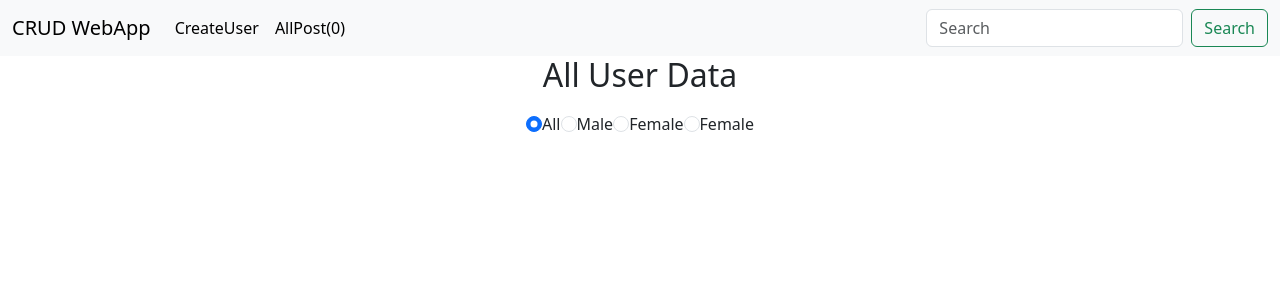
Repository: suraj-yadav7/createpost-redux
Page: /read
An editor plug-in stored every save of this project. The page is shown before and after the next save, followed by the edit.
The browser window is 1280 px wide. The pictures show the whole page.
The page's requests for data from a server got no answer. The project was rebuilt for these pictures with package versions that can differ from the ones it lists, and the page was loaded fresh each time. No one was signed in, and anything a server would have sent is missing. Also part of the build but not shown: vite.config.js, src/App.css, src/assets/viewuser.css, src/components/ViewUser.jsx, src/components/UpdateUser.jsx, src/components/CreateData.jsx, src/index.css.

Above is the page before, as saved 2023-05-24 23:33:08.

### index.html
<!DOCTYPE html>
<html lang="en">
  <head>
    <meta charset="UTF-8" />
    <link rel="icon" type="image/svg+xml" href="/vite.svg" />
    <meta name="viewport" content="width=device-width, initial-scale=1.0" />
    <link href="https://cdn.jsdelivr.net/npm/bootstrap@5.3.0-alpha3/dist/css/bootstrap.min.css" rel="stylesheet" integrity="sha384-KK94CHFLLe+nY2dmCWGMq91rCGa5gtU4mk92HdvYe+M/SXH301p5ILy+dN9+nJOZ" crossorigin="anonymous">
    <title>CRUD WebApp</title>
  </head>
  <body>
    <div id="root"></div>
    <script type="module" src="/src/main.jsx"></script>
    <script src="https://cdn.jsdelivr.net/npm/bootstrap@5.3.0-alpha3/dist/js/bootstrap.bundle.min.js" integrity="sha384-ENjdO4Dr2bkBIFxQpeoTz1HIcje39Wm4jDKdf19U8gI4ddQ3GYNS7NTKfAdVQSZe" crossorigin="anonymous"></script>
  </body>
</html>
  </body>
</html>

### src/main.jsx
import React from 'react'
import ReactDOM from 'react-dom/client'
import App from './App.jsx'
import './index.css'
import { Provider } from 'react-redux'
import store from "./store/store.jsx"

ReactDOM.createRoot(document.getElementById('root')).render(
  <Provider store={store}>
    <App />
  </Provider>
)

### src/App.jsx
import React, { useState } from 'react'
import './App.css'
import Navbar from './components/Navbar'
import Read from './components/Read'
import UpdateUser from "./components/UpdateUser"
import { BrowserRouter as Router,Routes,Route } from 'react-router-dom'
import CreateData from './components/CreateData.jsx'

function App() {

  return (
    <>
    <Router>
    <Navbar />
    <Routes>
    <Route exact path="/" element={<CreateData />} />
    <Route exact path="/read" element={<Read />} />
    <Route exact path="/edit/:id" element={<UpdateUser />} />
    </Routes>
    </Router>
    </>
  )
}

export default App

### src/store/store.jsx
import { configureStore } from "@reduxjs/toolkit";
import userDetail from "./slice/userDetail"

const store = configureStore({
    reducer:{
        users:userDetail
    }
})

export default store;

### src/components/Navbar.jsx
import React, { useEffect, useState } from 'react'
import { useSelector } from 'react-redux'
import { Link } from 'react-router-dom'
import { useDispatch } from 'react-redux'
import {searchUser} from  '../store/slice/userDetail'

const Navbar = () => {
  const allusers = useSelector((state)=>state.users.user)
  const [searchVal, setSearchVal] = useState("")
  const dispatch = useDispatch()
  console.log("The search val", searchVal)
  useEffect(()=>{
    dispatch(searchUser(searchVal))

  },[searchVal])
  return (
    <>
      <nav className="navbar navbar-expand-lg bg-body-tertiary">
        <div className="container-fluid">
          <Link to="/" className="navbar-brand" >CRUD WebApp</Link>
          <button className="navbar-toggler" type="button" data-bs-toggle="collapse" data-bs-target="#navbarSupportedContent" aria-controls="navbarSupportedContent" aria-expanded="false" aria-label="Toggle navigation">
            <span className="navbar-toggler-icon"></span>
          </button>
          <div className="collapse navbar-collapse" id="navbarSupportedContent">
            <ul className="navbar-nav me-auto mb-2 mb-lg-0">
              <li className="nav-item">
                <Link to="/" className="nav-link active" aria-current="page" >CreateUser</Link>
              </li>
              <li className="nav-item">
                <Link to="/read" className="nav-link active" >AllPost({allusers.length})</Link>
              </li>
            </ul>
            <form className="d-flex" role="search">
              <input className="form-control me-2" type="search" onChange={(e)=>setSearchVal(e.target.value)} placeholder="Search" aria-label="Search" />
              <button className="btn btn-outline-success" type="submit">Search</button>
            </form>
          </div>
        </div>
      </nav>
    </>
  )
}

export default Navbar

### src/components/Read.jsx
import React, { useEffect, useState } from 'react'
import { showUser,deleteUser,favouriteUser } from '../store/slice/userDetail';
import { useSelector, useDispatch  } from 'react-redux';
import ViewUser from './ViewUser';
import UpdateUser  from "./UpdateUser"
import { Link, Navigate } from 'react-router-dom';

const Read = () => {
    // view state
    const [id, setId] = useState()
    const [showPop, setShowPop] = useState(false)

    // update state
    const [upId, setUpId]  = useState()

    // radio button
    const [genderData, setGenderData] = useState('all')


    const userData = useSelector((state)=>state.users.user)
    const searchData =useSelector((state)=> state.users.searchValue)
    const favData =useSelector((state)=> state.users.favoriteData)
    const dispatch = useDispatch()


    useEffect(()=>{
        dispatch(showUser())
    },[])

    return (
        <>
       { showPop && <ViewUser id={id}  setShow={setShowPop}/> }
        <div >
        <h2 style={{textAlign:"center"}}>All User Data</h2>
        <div className='genderRadio' style={{textAlign:"center",padding:"10px"}}>
        <input className='form-check-input' name="gender" value="all" onChange={(e)=>setGenderData(e.target.value)} type='radio' checked={ genderData === "all"}/>
        <lable className="form-check-label">All</lable>
        <input className='form-check-input' name="gender" value="male" onChange={(e)=>setGenderData(e.target.value)} type='radio' checked={genderData==="male"}/>
        <lable className="form-check-label">Male</lable>
        <input className='form-check-input' name="gender" value="female" onChange={(e)=>setGenderData(e.target.value)} type='radio' checked={genderData==="female"}/>
        <lable className="form-check-label">Female</lable>
        <input className='form-check-input' name="favourite" value="userFav" onChange={(e)=>setGenderData(e.target.value)} type='radio' checked={genderData==="userFav"}/>
        <lable className="form-check-label">Female</lable>
        </div>
        {
             userData && userData.filter((elem)=> {
                if(searchData.length===0){
                    return elem
                }
                else{
                    return elem.name.toLowerCase().includes(searchData.toLowerCase())
                }
             }) && userData.filter((elem)=>{
                if(genderData === "male"){
                    return elem.gender === genderData
                }
                if(genderData === "female"){
                    return elem.gender === genderData
                }
                else{
                    return elem
                }
             }).map((data)=>(
                <div className="card w-50 mx-auto" key={data.id} >
                <div className="card-body">
                    <h6 className="card-title">User Details</h6>

                    <h6 className="card-subtitle mb-2 text-body-secondary">Name: {data.name}</h6>
                    <p className="card-text">Email : {data.email}</p>
                    <p className="card-text">Age : {data.age}</p>
                    <p className="card-text">Gender : {data.gender}</p>
                    <button  className="card-link"  onClick={()=>{setShowPop(true), setId(data.id)}}>View</button>
                    <button  className="card-link"  ><Link to={`/edit/${data.id}`}>Edit</Link></button>
                    <button  className="card-link"  onClick={()=>dispatch(deleteUser(data.id))}>Delete</button>
                    <button className='card-link' onClick={()=> dispatch(favouriteUser(data))} >favourite</button>
                </div>
                </div>
               ))
        }

        </div>

        </>
    )
};

export default Read;

### src/store/slice/userDetail.jsx
import { createSlice, createAsyncThunk } from "@reduxjs/toolkit";

// Creating a user
export const createUser = createAsyncThunk("createUser", async(data, {rejectWithValue})=>{
    let response = await fetch("https://646273424dca1a661346b571.mockapi.io/crud",{
    method:"POST",
    headers:{
        "content-type":"application/json"
    },
    body:JSON.stringify(data)
                })

    try{
        let apiData = await response.json()
        console.log("The dat in createuser", apiData)
        return apiData
    }
    catch(error){
        rejectWithValue(error)
    }
} )

// reading user data in allUser page
export const showUser = createAsyncThunk("showUser", async(arg,{rejectWithValue})=>{
    let response = await fetch("https://646273424dca1a661346b571.mockapi.io/crud")
    try{
        let apiData = await response.json()
        // console.log("the fetched", apiData)
        return apiData
    }
    catch(error){
        rejectWithValue(error)
    }
})

// Deleting user from database
export const deleteUser = createAsyncThunk("deleteUser", async(id,{rejectWithValue})=>{
    let response = await fetch(`https://646273424dca1a661346b571.mockapi.io/crud/${id}`,{
        method:"DELETE"
    })
    try{
        let apiData = await response.json()
        // console.log("the fetched", apiData)
        return apiData
    }
    catch(error){
        rejectWithValue(error)
    }
})

// Handling update user-data
export const updateUser = createAsyncThunk("editUser", async(data,{rejectWithValue})=>{
    let response = await fetch(`https://646273424dca1a661346b571.mockapi.io/crud/${data.id}`,{
        method:"PUT",
        headers:{
            "content-type":"application/json"
        },
        body:JSON.stringify(data)
                    })
    try{
        let apiData = await response.json()
        // console.log("the fetched", apiData)
        return apiData
    }
    catch(error){
        rejectWithValue(error)
    }
})

const userDetail= createSlice({
    name:"userDetail",
    initialState:{
        user:[],
        loading:false,
        error:null,
        searchValue:"",
        genderValue:"",
        favouriteData:[]
    },
    reducers:{
        searchUser(state,action){
            state.searchValue=action.payload
        },

        genderShow(state,action){
            state.genderValue=action.payload
        },

        favouriteUser(state,action){
            state.favouriteData.push(action.payload)
        }
    },


    extraReducers:{
        // handling create new user
        [createUser.pending]:(state)=>{
            state.loading=true
        },
        [createUser.fulfilled]:(state,action)=>{
            state.user.push(action.payload)
        },
        [createUser.rejected]:(state,action)=>{
            state.error=action.payload.message
        },
        // handling show user
        [showUser.pending]:(state)=>{
            state.loading=true
        },
        [showUser.fulfilled]:(state,action)=>{
            state.user= action.payload

        },
        [showUser.rejected]:(state,action)=>{
            state.error=action.payload
        },
        // handling delete existing user
        [deleteUser.pending]:(state)=>{
            state.loading=true
        },
        [deleteUser.fulfilled]:(state,action)=>{
            const {id} = action.payload
            if(id){
                state.user=state.user.filter((elem)=>elem.id !== id)
            }

        },
        [deleteUser.rejected]:(state,action)=>{
            state.error=action.payload
        },

        // Handling edit user data
        [updateUser.pending]:(state)=>{
            state.loading=true
        },
        [updateUser.fulfilled]:(state,action)=>{
            if(action.payload.id){
               state.user= state.user.map((elem)=>(
                elem.id === action.payload.id ? action.payload : elem))
            }

        },
        [updateUser.rejected]:(state,action)=>{
            state.error=action.payload
        },
    }

})

export default userDetail.reducer
export const {searchUser,genderShow,favouriteUser} = userDetail.actions

After the next save:
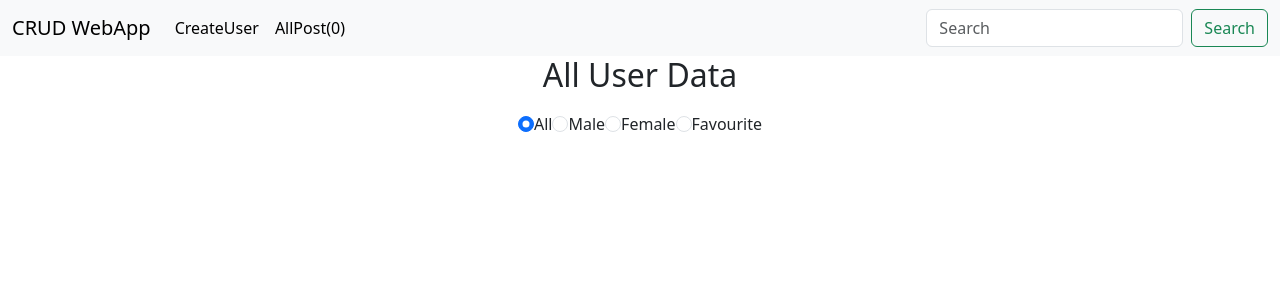
Saved 10 min 6 s later.
--- a/src/components/Read.jsx
+++ b/src/components/Read.jsx
@@ -16,6 +16,7 @@ const Read = () => {
     // radio button
     const [genderData, setGenderData] = useState('all')
 
+    const [fav , setFav] = useState(false)
 
     const userData = useSelector((state)=>state.users.user)
     const searchData =useSelector((state)=> state.users.searchValue)
@@ -39,8 +40,8 @@ const Read = () => {
         <lable className="form-check-label">Male</lable>
         <input className='form-check-input' name="gender" value="female" onChange={(e)=>setGenderData(e.target.value)} type='radio' checked={genderData==="female"}/>
         <lable className="form-check-label">Female</lable>
-        <input className='form-check-input' name="favourite" value="userFav" onChange={(e)=>setGenderData(e.target.value)} type='radio' checked={genderData==="userFav"}/>
-        <lable className="form-check-label">Female</lable>
+        <input className='form-check-input' name="favourite" value="userFav" onChange={(e)=>{setGenderData(e.target.value),setFav(true)}} type='radio' checked={genderData==="userFav"}/>
+        <lable className="form-check-label">Favourite</lable>
         </div>
         {
              userData && userData.filter((elem)=> {
@@ -60,7 +61,9 @@ const Read = () => {
                 else{
                     return elem
                 }
-             }).map((data)=>(
+             })
+
+             .map((data)=>(
                 <div className="card w-50 mx-auto" key={data.id} >
                 <div className="card-body">
                     <h6 className="card-title">User Details</h6>
